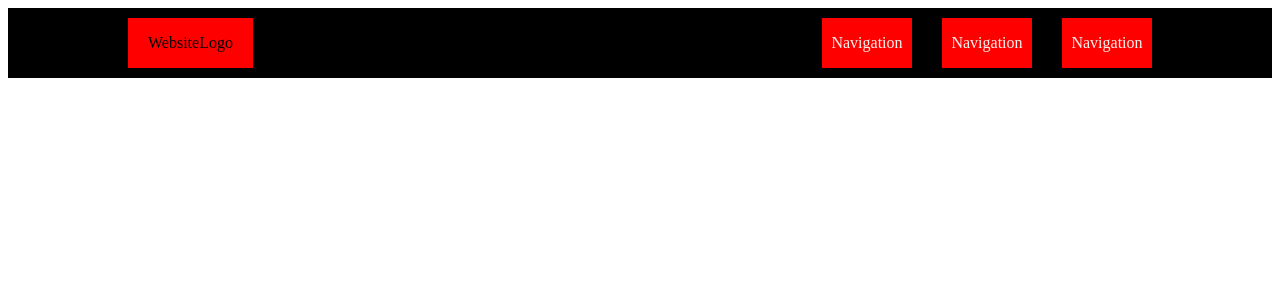
Repository: piotrokrutniak/Projekt-Studia
Page: index.html
These files come from the project's save history. The page is drawn as it stood at one moment and after the next save; the edit follows.
The browser window is 1280 px wide. The pictures show the whole page.

Above is the page before, as saved 2023-03-04 02:52:21.

After the next save:
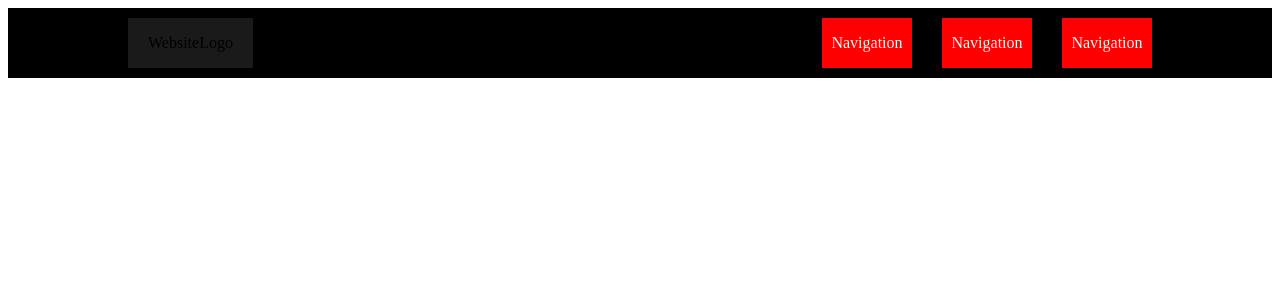
Saved 25 s later.
--- a/styles.css
+++ b/styles.css
@@ -55,7 +55,7 @@ a{
 
 .logo{
     position: relative;
-    background: red;
+    background: rgba(255, 255, 255, 0.1);
     height: 50px;
     padding-left: 20px;
     padding-right: 20px;
